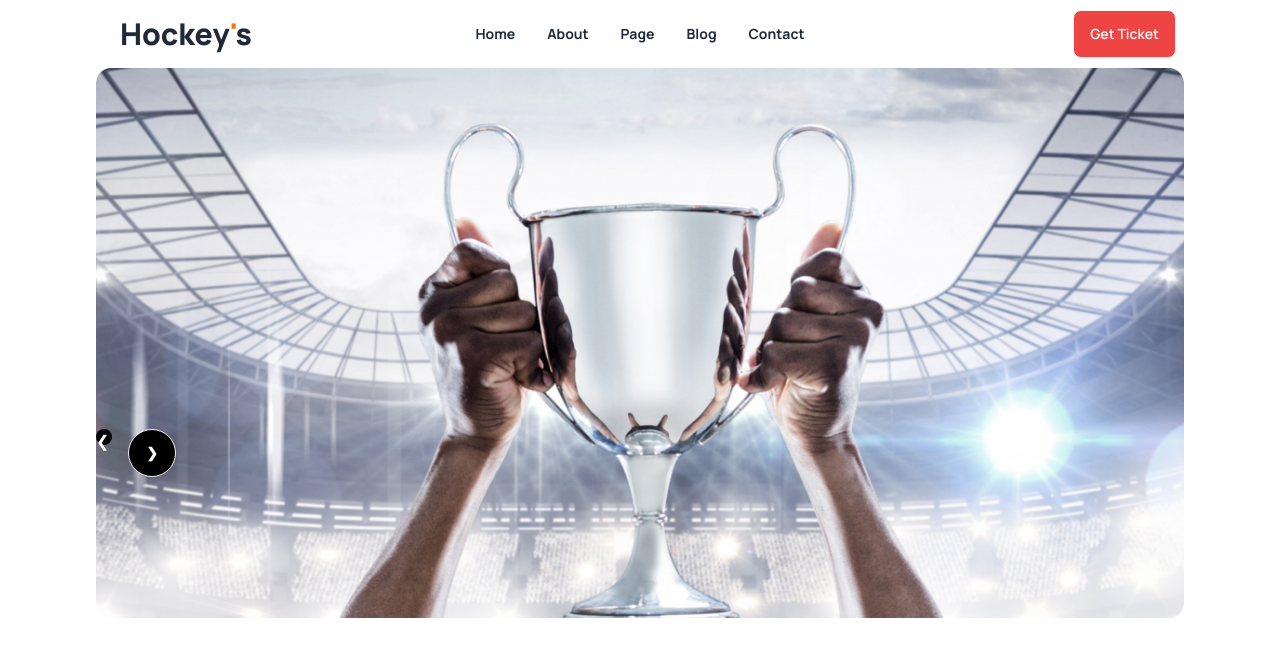
Repository: RudrasahaDibos/Hockey-
Page: index.html
The author's editor kept a copy of each file at every save. The page is drawn from the files as they stood at one save, then again after a run of saves.
The browser window is 1280 px wide. The pictures show the whole page.
Some web libraries are served in a nearby version.

Above is the page before, as saved 2024-10-23 19:16:29.

### index.html
<!DOCTYPE html>
<html lang="en">
<head>
    <meta charset="UTF-8">
    <meta name="viewport" content="width=device-width, initial-scale=1.0">
    <title>Hockeys</title>
    <!-- Tailwinds css -->
    <link href="https://cdn.jsdelivr.net/npm/daisyui@4.12.13/dist/full.min.css" rel="stylesheet" type="text/css" />
    <script src="https://cdn.tailwindcss.com"></script>
    <!-- Font asome -->
    <link rel="stylesheet" href="https://cdnjs.cloudflare.com/ajax/libs/font-awesome/6.6.0/css/all.min.css" integrity="sha512-Kc323vGBEqzTmouAECnVceyQqyqdsSiqLQISBL29aUW4U/M7pSPA/gEUZQqv1cwx4OnYxTxve5UMg5GT6L4JJg==" crossorigin="anonymous" referrerpolicy="no-referrer" />
   <!-- tailwind custom css -->
   <script>
    tailwind.config = {
      theme: {
        extend: {
          colors: {
            clifford: '#da373d',
          }
        }
      }
    }
  </script>
  <!-- google Font  -->
  <link rel="preconnect" href="https://fonts.googleapis.com">
  <link rel="preconnect" href="https://fonts.gstatic.com" crossorigin>
  <link href="https://fonts.googleapis.com/css2?family=Manrope:wght@200..800&display=swap" rel="stylesheet">

  <style>
.manrope {
  font-family: "Manrope", serif;
}
  </style>

</head>
<body class="manrope">
    <!-- header section start here -->
       <header class="container mx-auto lg:px-24 px-8">
                 <!-- navber start here -->
                     <nav>
                        <div class="navbar bg-base-100">
                            <div class="navbar-start">
                              <div class="dropdown">
                                <div tabindex="0" role="button" class="  lg:hidden">
                                  <svg
                                    xmlns="http://www.w3.org/2000/svg"
                                    class="h-5 w-5"
                                    fill="none"
                                    viewBox="0 0 24 24"
                                    stroke="currentColor">
                                    <path
                                      stroke-linecap="round"
                                      stroke-linejoin="round"
                                      stroke-width="2"
                                      d="M4 6h16M4 12h8m-8 6h16" />
                                  </svg>
                                </div>
                                <ul
                                  tabindex="0"
                                  class="menu menu-sm dropdown-content bg-base-100 rounded-box z-[1] mt-3 w-52 p-2 shadow">

                                    <li><a>Home</a></li>
                                    <li><a>About</a></li>
                                    <li><a>Page</a></li>
                                    <li><a>Blog</a></li>
                                    <li><a>Contact</a></li>

                                </ul>
                              </div>

                              <a class=" ml-4 text-3xl font-extrabold ">Hockey<span class="text-orange-500">'</span>s</a>

                            </div>
                            <div class="navbar-center hidden lg:flex">
                              <ul class="menu menu-horizontal px-1">
                                <li class="hover:text-orange-500 font-bold"><a>Home</a></li>
                                <li  class="hover:text-orange-500 font-bold"><a>About</a></li>
                                <li  class="hover:text-orange-500 font-bold"><a>Page</a></li>
                                <li  class="hover:text-orange-500 font-bold"><a>Blog</a></li>
                                <li  class="hover:text-orange-500 font-bold"><a>Contact</a></li>
                              </ul>
                            </div>
                            <div class="navbar-end  lg:ml-0 ml-20">

                              <a class="btn bg-red-500 text-white  ">Get Ticket</a>
                            </div>
                          </div>
                     </nav>
                 <!-- navber end here -->

                  <!-- banner start here -->
                     <div>
                      <div class="carousel w-full">
                        <div id="slide1" class="carousel-item relative w-full ">
                          <img
                            src="Images/1.png"
                            class="w-full lg:h-[550px] " />
                          <div class="absolute lg:left-0 lg:right-0 lg:top-[60%] left-5 top-[60%] flex -translate-y-1/2 transform gap-4">
                            <a href="#slide4" class="lg:btn lg:btn-circle h-4 w-4 rounded-full bg-black text-white">❮</a>
                            <a href="#slide2" class="btn btn-circle bg-black text-white">❯</a>
                          </div>
                        </div>
                        <div id="slide2" class="carousel-item relative w-full">
                          <img
                            src="Images/2.png"
                            class="w-full" />
                          <div class="absolute left-5 right-5 top-1/2 flex -translate-y-1/2 transform justify-between">
                            <a href="#slide1" class="btn btn-circle">❮</a>
                            <a href="#slide3" class="btn btn-circle">❯</a>
                          </div>
                        </div>
                        <div id="slide3" class="carousel-item relative w-full">
                          <img
                            src="Images/3.png"
                            class="w-full" />
                          <div class="absolute left-5 right-5 top-1/2 flex -translate-y-1/2 transform justify-between">
                            <a href="#slide2" class="btn btn-circle">❮</a>
                            <a href="#slide4" class="btn btn-circle">❯</a>
                          </div>
                        </div>
                        <div id="slide4" class="carousel-item relative w-full">
                          <img
                            src="Images/4.png"
                            class="w-full" />
                          <div class="absolute left-5 right-5 top-1/2 flex -translate-y-1/2 transform justify-between">
                            <a href="#slide3" class="btn btn-circle">❮</a>
                            <a href="#slide1" class="btn btn-circle">❯</a>
                          </div>
                        </div>
                      </div>



                     </div>


                   <!-- banner end here -->
       </header>
       <!-- Header section End here -->

       <!-- Main secetion start here  -->
        <main>

        </main>
        <!-- main section end here -->

</body>
</html>

After the next 2 saves:
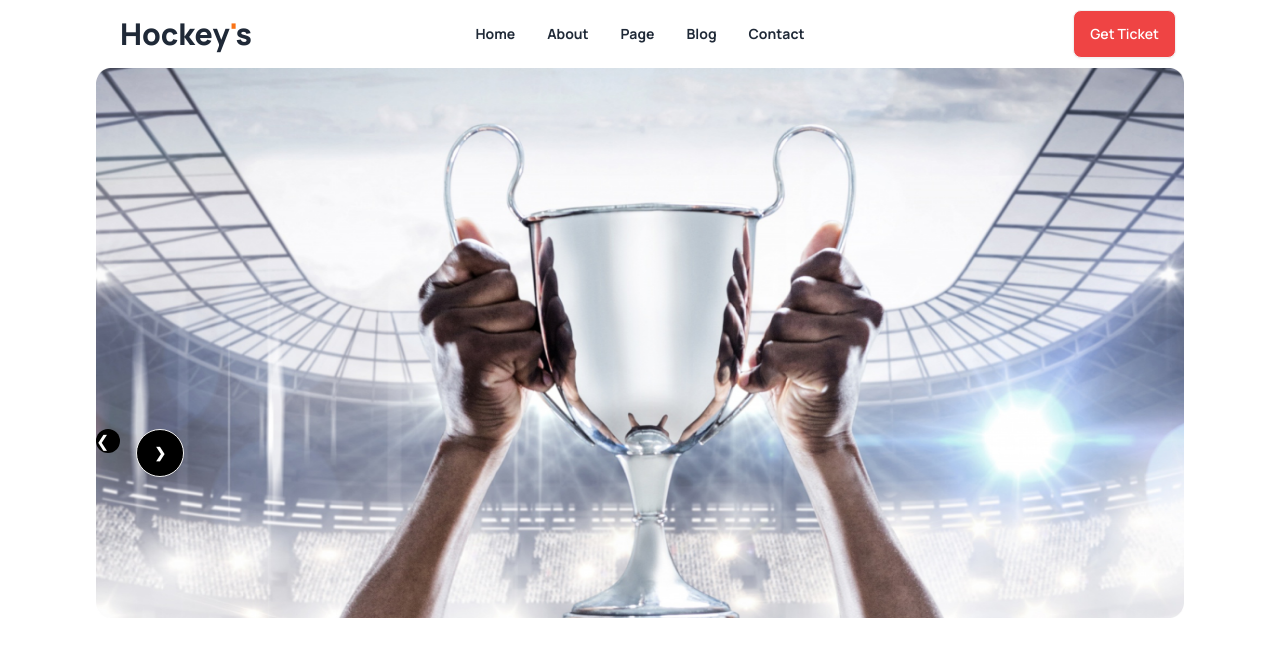
The 2 saves are shown as one change because they came seconds apart.
The last was saved 18 s later.
--- a/index.html
+++ b/index.html
@@ -96,7 +96,7 @@
                             src="Images/1.png"
                             class="w-full lg:h-[550px] " />
                           <div class="absolute lg:left-0 lg:right-0 lg:top-[60%] left-5 top-[60%] flex -translate-y-1/2 transform gap-4">
-                            <a href="#slide4" class="lg:btn lg:btn-circle h-4 w-4 rounded-full bg-black text-white">❮</a>
+                            <a href="#slide4" class="lg:btn lg:btn-circle h-6 w-6 rounded-full bg-black text-white">❮</a>
                             <a href="#slide2" class="btn btn-circle bg-black text-white">❯</a>
                           </div>
                         </div>
